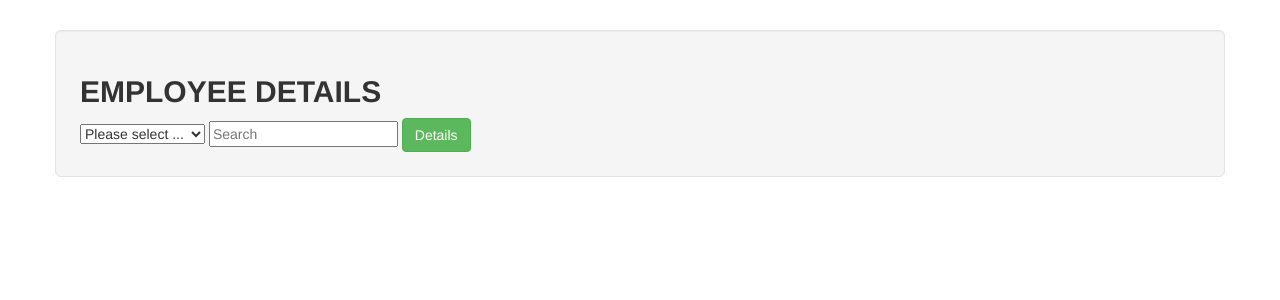
Repository: royakash07/FirstWebApplication
Page: http://localhost/SampleWebApplication/Details.jsp
An editor plug-in stored every save of this project. The page is shown before and after the next save, followed by the edit.
The browser window is 1280 px wide. The pictures show the whole page.
Some web libraries are served in a nearby version. The page is served by Tomcat 9.

Above is the page before, as saved 2017-12-06 04:17:03.

After the next save:
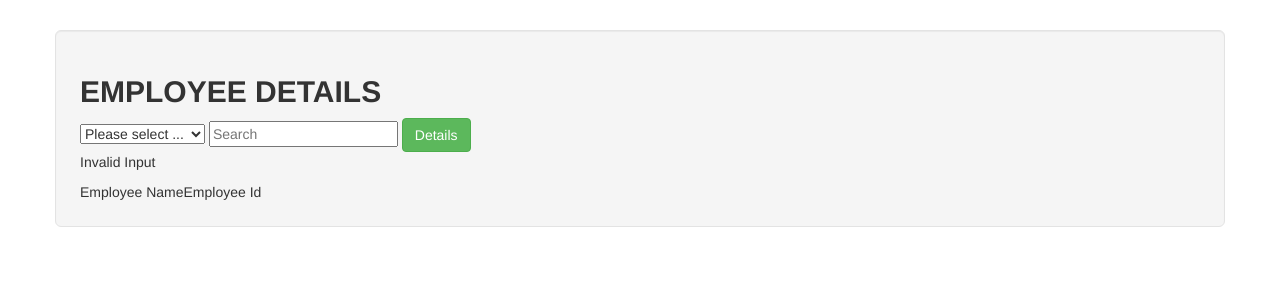
Saved 26 s later.
--- a/SampleWebApplication/WebContent/Details.jsp
+++ b/SampleWebApplication/WebContent/Details.jsp
@@ -13,9 +13,7 @@
   <script src="https://maxcdn.bootstrapcdn.com/bootstrap/3.3.7/js/bootstrap.min.js"></script>
 <meta http-equiv="Content-Type" content="text/html; charset=ISO-8859-1">
 <style>
-.myDiv{
-  display:none;
-}
+
 #show[type=button]:onclick + div {
 	display:block;
 }
